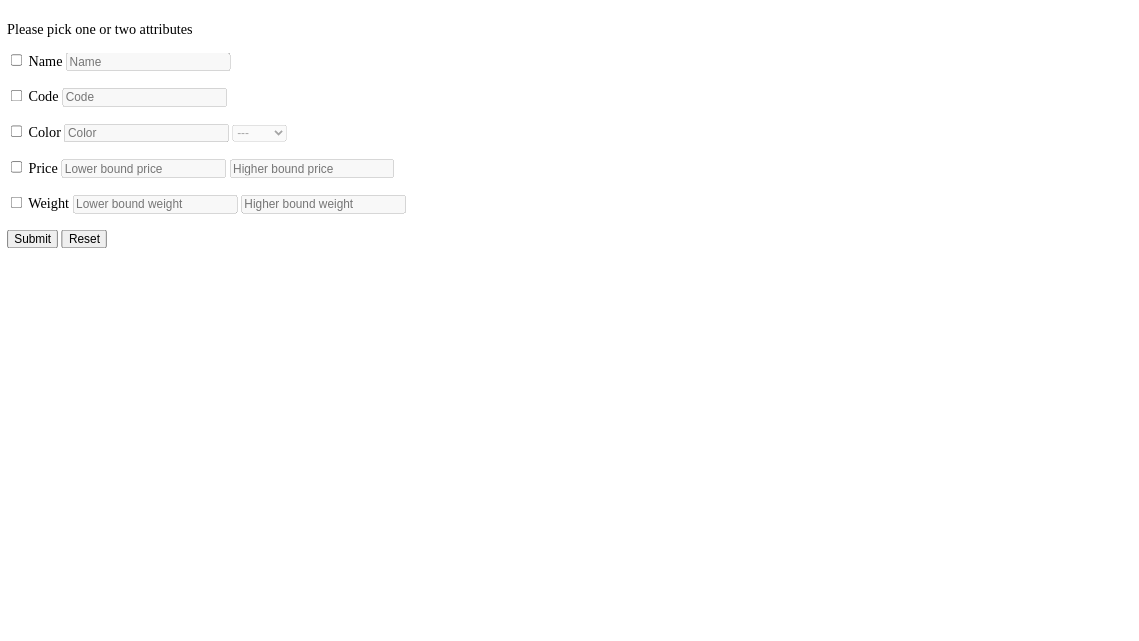
Repository: ISIT207-4-A/A1_C3_1
Page: home.html
The author's editor kept a copy of each file at every save. The page is drawn from the files as they stood at one save, then again after the next save.
The browser window is 1280 px wide. The pictures show the whole page, at 89% of full size.

Above is the page before, as saved 2020-09-02 20:18:42.
Console error: TypeError: result is not iterable

### home.html
<!DOCTYPE html>
<html lang="en">
<head>
    <meta charset="UTF-8">
    <meta name="viewport" content="width=device-width, initial-scale=1.0">
    <title>Document</title>
    <script src="script.js" type="text/javascript"></script>

    <style>
        #wrapper {
            width: 100%;
            height: 100%;
            display: flex;
            flex-direction: row;
        }

        .half {
            width: 50%;
        }

        li{
            margin-bottom: 10px;
        }

        /*button {
            height: 25px;
            width: 50px;
        }*/
    </style>


</head>
<body>
    <div id="wrapper">
        <div class="half">
            <p>Please pick one or two attributes</p>

            <span><label><input type="checkbox" name="attribute" onchange="checkLimit(this)" value="name"> Name</label></span>

            <input type="text" id="name" class="name" placeholder="Name" disabled><br /><br />

            <span><label><input type="checkbox" name="attribute" onchange="checkLimit(this)" value="code"> Code</label></span>

            <input type="text" id="code" class="code" placeholder="Code" disabled><br /><br />

            <span><label><input type="checkbox" name="attribute" onchange="checkLimit(this)" value="color"> Color</label></span>

            <input type="text" id="color" class="color" placeholder="Color" disabled>
            <select name="color" id="color-select" class="color" onchange="disableCheck(this)" disabled>
                <option value="None">---</option>
                <option value="YELLOW">Yellow</option>
                <option value="GREEN">Green</option>
                <option value="PURPLE">Purple</option>
                <option value="OLIVE">Olive</option>
                <option value="BLUE">Blue</option>
                <option value="LIME">Lime</option>
            </select>
            <br /><br />

            <span><label><input type="checkbox" name="attribute" onchange="checkLimit(this)" value="price"> Price</label></span>

            <input type="text" id="price" class="price" placeholder="Lower bound price" pattern="^[0-9]+$" disabled>
            <input type="text" id="price" class="price" placeholder="Higher bound price" pattern="^[0-9]+$" disabled><br /><br />

            <span><label><input type="checkbox" name="attribute" onchange="checkLimit(this)" value="weight"> Weight</label></span>

            <input type="text" id="weight" class="weight" placeholder="Lower bound weight" pattern="^[0-9]+$" disabled>
            <input type="text" id="weight" class="weight" placeholder="Higher bound weight" pattern="^[0-9]+$" disabled><br /><br />

            <button onClick="search()">Submit</button>
            <button onClick="reset()">Reset</button>
        </div>

        <div class="half">
            <ul id="result">
            </ul>
        </div>
    </div>
</body>
</html>

### script.js
var item0= {name :'lamp', code :'lhq64', color :'YELLOW', price :48077, weight :24};
var item1= {name :'cup', code :'kut74', color :'GREEN', price :32145, weight :28};
var item2= {name :'desk', code :'hco61', color :'PURPLE', price :3752, weight :60};
var item3= {name :'tool', code :'mea49', color :'OLIVE', price :35768, weight :14};
var item4= {name :'lamp', code :'mpd90', color :'YELLOW', price :49978, weight :11};
var item5= {name :'ice', code :'lfy39', color :'LIME', price :18136, weight :44};
var item6= {name :'chair', code :'nxd09', color :'SILVER', price :44446, weight :47};
var item7= {name :'carpet', code :'yaa54', color :'WHITE', price :45630, weight :34};
var item8= {name :'phone', code :'kqj41', color :'BLUE', price :10436, weight :15};
var item9= {name :'cup', code :'ixy28', color :'LIME', price :35170, weight :25};
var item10= {name :'phone', code :'ciq65', color :'MAROON', price :3510, weight :19};
var item11= {name :'bed', code :'zoq82', color :'RED', price :44526, weight :40};
var item12= {name :'pillow', code :'mdj92', color :'BLACK', price :49202, weight :11};
var item13= {name :'mouse', code :'smj65', color :'BLUE', price :33802, weight :11};
var item14= {name :'wardrobe', code :'bvx610', color :'RED', price :5241, weight :13};
var item15= {name :'dress', code :'thf33', color :'GRAY', price :15376, weight :56};
var item16= {name :'car', code :'lln70', color :'BLUE', price :6616, weight :15};
var item17= {name :'mouse', code :'jrk109', color :'LIME', price :11310, weight :53};
var item18= {name :'ice', code :'jzj37', color :'OLIVE', price :14868, weight :59};
var item19= {name :'carpet', code :'znv71', color :'GREEN', price :2813, weight :36};
var item20= {name :'cup', code :'rri102', color :'YELLOW', price :13389, weight :24};
var item21= {name :'wardrobe', code :'fht90', color :'BLUE', price :5402, weight :38};
var item22= {name :'bed', code :'jzx72', color :'OLIVE', price :26877, weight :27};
var item23= {name :'car', code :'qob33', color :'WHITE', price :6258, weight :31};
var item24= {name :'dress', code :'vsa105', color :'GRAY', price :2608, weight :44};
var item25= {name :'cup', code :'lpd56', color :'MAROON', price :43559, weight :52};
var item26= {name :'tool', code :'rfz47', color :'OLIVE', price :19271, weight :25};
var item27= {name :'ice', code :'ipa78', color :'SILVER', price :26724, weight :42};
var item28= {name :'carpet', code :'gol07', color :'SILVER', price :30028, weight :39};
var item29= {name :'wardrobe', code :'ski310', color :'GREEN', price :37650, weight :45};
var item30= {name :'dress', code :'ftc31', color :'SILVER', price :44291, weight :42};
var item31= {name :'carpet', code :'mae102', color :'SILVER', price :50007, weight :20};
var item32= {name :'keyboard', code :'kzh21', color :'GRAY', price :37617, weight :23};
var item33= {name :'mouse', code :'ghc98', color :'YELLOW', price :12366, weight :45};
var item34= {name :'dress', code :'ear16', color :'BLUE', price :45912, weight :29};
var item35= {name :'chair', code :'qmf82', color :'SILVER', price :21731, weight :31};
var item36= {name :'keyboard', code :'ihd55', color :'SILVER', price :22626, weight :44};
var item37= {name :'keyboard', code :'lpc04', color :'BLUE', price :15289, weight :17};
var item38= {name :'dress', code :'vme46', color :'BLACK', price :46591, weight :52};
var item39= {name :'monitor', code :'nhg510', color :'RED', price :10154, weight :60};



var itemList = [item0,item1,item2,item3,item4,item5,item6,item7,item8,item9,
    item10,item11,item12,item13,item14,item15,item16,item17,item18,item19,
    item20,item21,item22,item23,item24,item25,item26,item27,item28,item29,
    item30,item31,item32,item33,item34,item35,item36,item37,item38,item39,
];





/* ------------------------------------------------------------------------------ */

window.onload = function() {
	itemList.forEach(function (item) {
		item.fullInfo = item.name + " " + item.code + " " + item.color + " " + item.price + " " + item.weight;
	});

	var ul = document.getElementById("result");
	for (item of result) {
		let li = document.createElement("li");
		let itemValue = item.fullInfo;
		li.appendChild(document.createTextNode(itemValue));
		ul.appendChild(li);
	}
}

//Limit checkbox to two
var countCheck = 0;

function checkLimit(checkboxStatus) {
	if (!checkboxStatus.checked) {
		countCheck--;
		let checkboxValue = checkboxStatus.value;
		for (element of document.getElementsByClassName(checkboxValue))
			element.disabled = true;
		return;
	}

	if (countCheck >= 2) {
		checkboxStatus.checked = false;
		return;
	}

	countCheck++;

	let checkboxValue = checkboxStatus.value;
	for (element of document.getElementsByClassName(checkboxValue))
		element.disabled = false;
}

//reset button
function reset() {
	for (element of document.getElementsByName("attribute")) {
		element.checked = false;
		let checkboxValue = element.value;
		for (ele of document.getElementsByClassName(checkboxValue)) {
			ele.disabled = true;
			ele.value = "";
		}
	}
	resetList();
}

function resetList() {
	const ul = document.getElementById("result");

	while (ul.firstChild) {
		ul.removeChild(ul.firstChild);
	}
}

function search() {
	resetList();
	var temp = document.getElementsByName("attribute");
	var result = new Array();

	for (element of temp) {
		if (element.checked) {
			if (element.value == "name" || element.value == "code" || element.value == "color")
			{
				if (document.getElementById(element.value).disabled == false) {
					let textValue = document.getElementById(element.value).value;
					var temp = textValue.split("*");

					if (temp.length == 1) {
						result = filterByText(itemList, element.value, textValue, result);
					} else if (temp.length == 3) {
						//string includes text
						result = filterByText(itemList, element.value, temp[1], result);
					} else {
						if (temp[0] == "")
							//if *app => end with
							result = advancedFilterByText(itemList, element.value, temp[1], result, "end");
						else
							//if app* => end with
							result = advancedFilterByText(itemList, element.value, temp[0], result, "start");
					}
				} else { //else = color select chosen
					let selectValue = document.getElementById("color-select").value;
					result = filterByText(itemList, element.value, selectValue, result);
				}


			} else {
				let inputValues = document.getElementsByClassName(element.value);
				let lowerVal = parseInt(inputValues[0].value);
				var upperVal = parseInt(inputValues[1].value);

				result = filterByRange(itemList, element.value, lowerVal, upperVal, result);

			}

			var ul = document.getElementById("result");
			for (item of result) {
				let li = document.createElement("li");
				let itemValue = item.fullInfo;
				li.appendChild(document.createTextNode(itemValue));
				ul.appendChild(li);
			}
		}
	}


}

function filterByText(original, type, val, res) {
	let result;
	switch (type) {
		case "name":
			result = original.filter(element => element.name.toLowerCase().includes(val.toLowerCase()) && (!res.includes(element)));
			break;
		case "code":
			result = original.filter(element => element.code.toLowerCase().includes(val.toLowerCase()) && (!res.includes(element)));
			break;
		case "color":
			result = original.filter(element => element.color.toLowerCase().includes(val.toLowerCase()) && (!res.includes(element)));
			break;
		default:
			break;
	}
	return result;
}

function advancedFilterByText(original, type, val, res, direction) {
	var result;
	if (direction == "start") {
		switch (type) {
			case "name":
				result = original.filter(element => element.name.toLowerCase().startsWith(val.toLowerCase()) && !res.includes(element));
				break;
			case "code":
				result = original.filter(element => element.code.toLowerCase().startsWith(val.toLowerCase()) && !res.includes(element));
				break;
			case "color":
				result = original.filter(element => element.color.toLowerCase().startsWith(val.toLowerCase()) && !res.includes(element));
				break;
			default:
				break;
		}
	}
	else if (direction == "end") {
		switch (type) {
			case "name":
				result = original.filter(element => element.name.toLowerCase().endsWith(val.toLowerCase())  && !res.includes(element));
				break;
			case "code":
				result = original.filter(element => element.code.toLowerCase().endsWith(val.toLowerCase()) && !res.includes(element));
				break;
			case "color":
				result = original.filter(element => element.color.toLowerCase().endsWith(val.toLowerCase()) && !res.includes(element));
				break;
			default:
				break;
		}
	}
	return result;
}

function filterByRange(original, type, lower, upper, res) {
	var result;

	switch (type) {
		case "price":
			result = original.filter(element => (element.price >= lower && element.price <= upper) && !res.includes(element));
			break;
		case "weight":
			result = original.filter(element => (element.weight >= lower && element.weight <= upper) && !res.includes(element));
			break;
		default:
			break;
	}

	return result;
}

function disableCheck(selectStatus) {
	if (selectStatus.value != "None") {
		document.getElementById("color").disabled = true;

	} else {
		document.getElementById("color").disabled = false;
	}
}

After the next save:
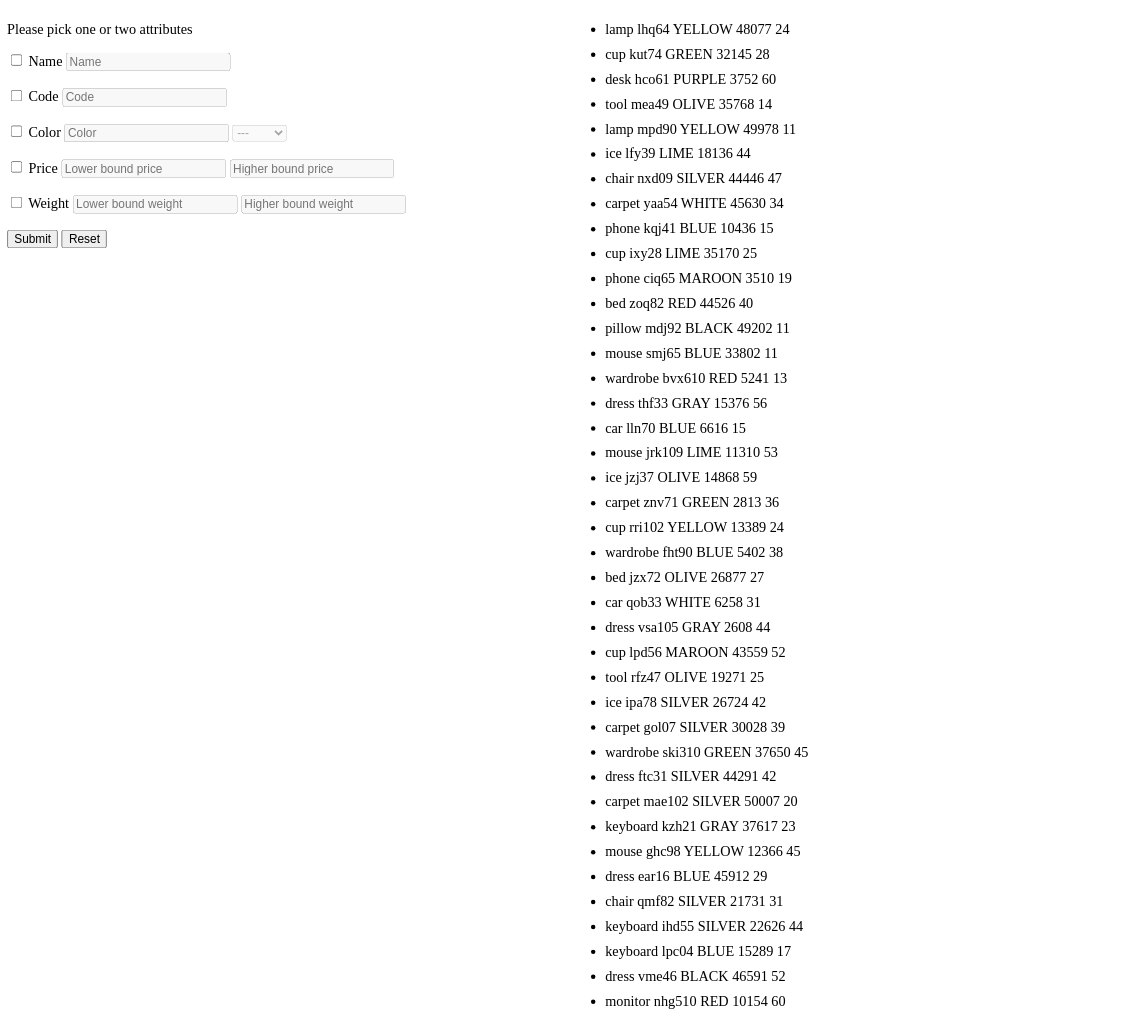
The error is gone.
Saved 46 s later.
--- a/script.js
+++ b/script.js
@@ -59,7 +59,7 @@ window.onload = function() {
 	});
 
 	var ul = document.getElementById("result");
-	for (item of result) {
+	for (item of itemList) {
 		let li = document.createElement("li");
 		let itemValue = item.fullInfo;
 		li.appendChild(document.createTextNode(itemValue));
